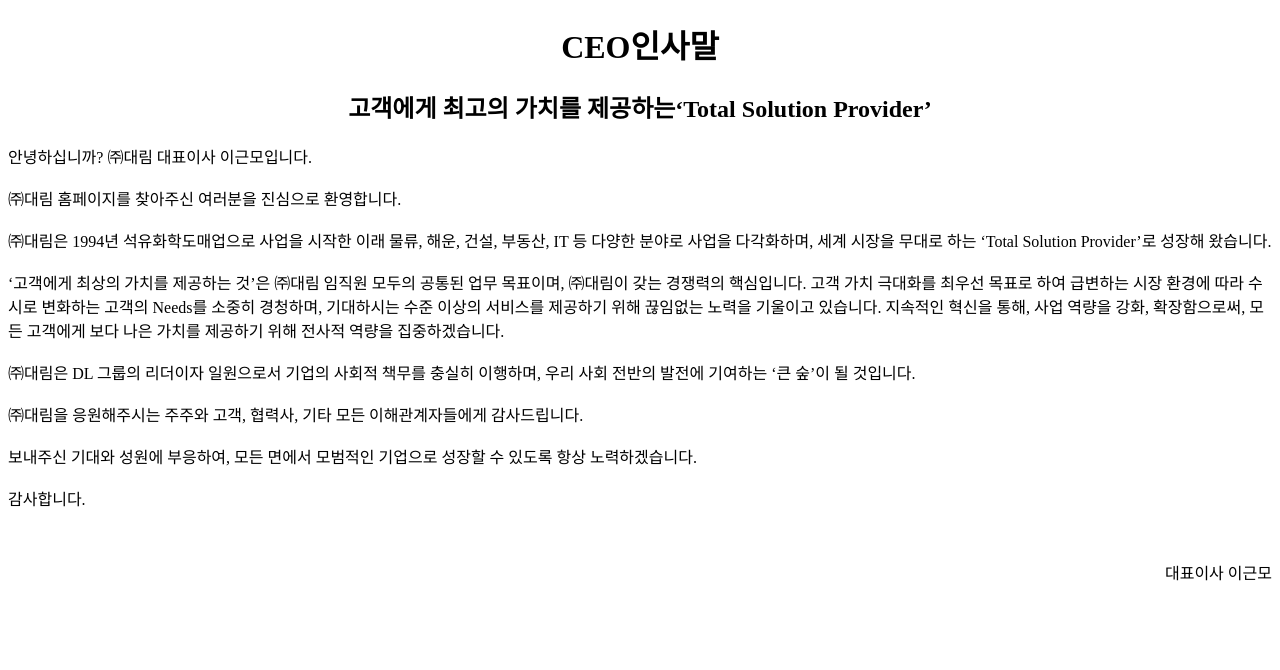
Repository: sungken/htmlProject
Page: ClientTest/src/main/webapp/html/test/paragraph.html
The author's editor kept a copy of each file at every save. The page is drawn from the files as they stood at one save, then again after the next save.
The browser window is 1280 px wide. The pictures show the whole page.

Above is the page before, as saved 2024-03-13 02:08:06.

After the next save:
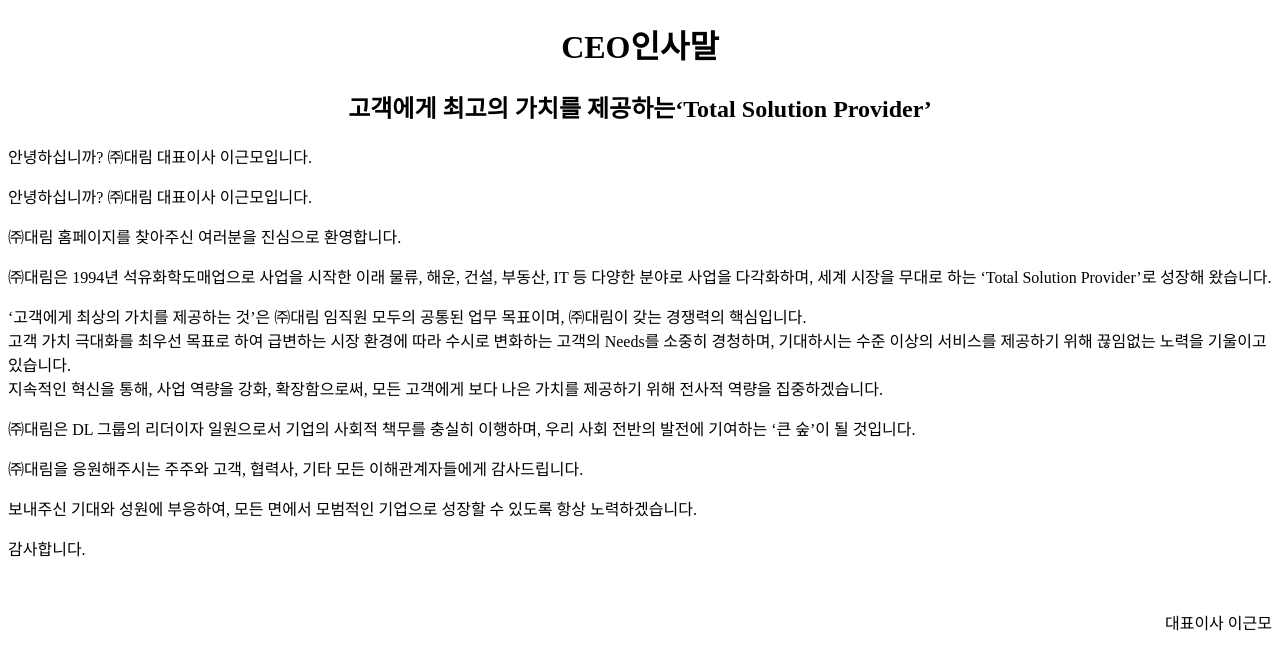
Saved 55 s later.
--- a/ClientTest/src/main/webapp/html/test/paragraph.html
+++ b/ClientTest/src/main/webapp/html/test/paragraph.html
@@ -8,23 +8,25 @@
 
 <h1 align="center">CEO인사말</h1>
 <h2 align="center">고객에게 최고의 가치를 제공하는‘Total Solution Provider’</h2>
-<p>안녕하십니까? ㈜대림 대표이사 이근모입니다.<br><br>
+<p>안녕하십니까? ㈜대림 대표이사 이근모입니다.</p>
+<p>안녕하십니까? ㈜대림 대표이사 이근모입니다.</p>
 
-㈜대림 홈페이지를 찾아주신 여러분을 진심으로 환영합니다.
-<br><br>
-㈜대림은 1994년 석유화학도매업으로 사업을 시작한 이래 물류, 해운, 건설, 부동산, IT 등 다양한 분야로 사업을 다각화하며, 세계 시장을 무대로 하는 ‘Total Solution Provider’로 성장해 왔습니다.
-<br><br>
-‘고객에게 최상의 가치를 제공하는 것’은 ㈜대림 임직원 모두의 공통된 업무 목표이며, ㈜대림이 갖는 경쟁력의 핵심입니다.
-고객 가치 극대화를 최우선 목표로 하여 급변하는 시장 환경에 따라 수시로 변화하는 고객의 Needs를 소중히 경청하며, 기대하시는 수준 이상의 서비스를 제공하기 위해 끊임없는 노력을 기울이고 있습니다.
-지속적인 혁신을 통해, 사업 역량을 강화, 확장함으로써, 모든 고객에게 보다 나은 가치를 제공하기 위해 전사적 역량을 집중하겠습니다.
-<br><br>
-㈜대림은 DL 그룹의 리더이자 일원으로서 기업의 사회적 책무를 충실히 이행하며, 우리 사회 전반의 발전에 기여하는 ‘큰 숲’이 될 것입니다.
-<br><br>
-㈜대림을 응원해주시는 주주와 고객, 협력사, 기타 모든 이해관계자들에게 감사드립니다.
-<br><br>
-보내주신 기대와 성원에 부응하여, 모든 면에서 모범적인 기업으로 성장할 수 있도록 항상 노력하겠습니다.
-<br><br>
-감사합니다.</p>
+   <p>㈜대림 홈페이지를 찾아주신 여러분을 진심으로 환영합니다.
+
+   <p>㈜대림은 1994년 석유화학도매업으로 사업을 시작한 이래 물류, 해운, 건설, 부동산, IT 등 다양한 분야로 사업을 다각화하며,
+   세계 시장을 무대로 하는 ‘Total Solution Provider’로 성장해 왔습니다.</p>
+
+   <p>‘고객에게 최상의 가치를 제공하는 것’은 ㈜대림 임직원 모두의 공통된 업무 목표이며, ㈜대림이 갖는 경쟁력의 핵심입니다.<br>
+   고객 가치 극대화를 최우선 목표로 하여 급변하는 시장 환경에 따라 수시로 변화하는 고객의 Needs를 소중히 경청하며, 기대하시는 수준 이상의 서비스를 제공하기 위해 끊임없는 노력을 기울이고 있습니다.<br>
+   지속적인 혁신을 통해, 사업 역량을 강화, 확장함으로써, 모든 고객에게 보다 나은 가치를 제공하기 위해 전사적 역량을 집중하겠습니다.</p>
+
+   <p>㈜대림은 DL 그룹의 리더이자 일원으로서 기업의 사회적 책무를 충실히 이행하며, 우리 사회 전반의 발전에 기여하는 ‘큰 숲’이 될 것입니다.</p>
+
+   <p>㈜대림을 응원해주시는 주주와 고객, 협력사, 기타 모든 이해관계자들에게 감사드립니다.</p>
+
+   <p>보내주신 기대와 성원에 부응하여, 모든 면에서 모범적인 기업으로 성장할 수 있도록 항상 노력하겠습니다.</p>
+
+   <p>감사합니다.</p>
 <br>
 <p align="right">대표이사 이근모</p>
 

After the 2 saves that followed:
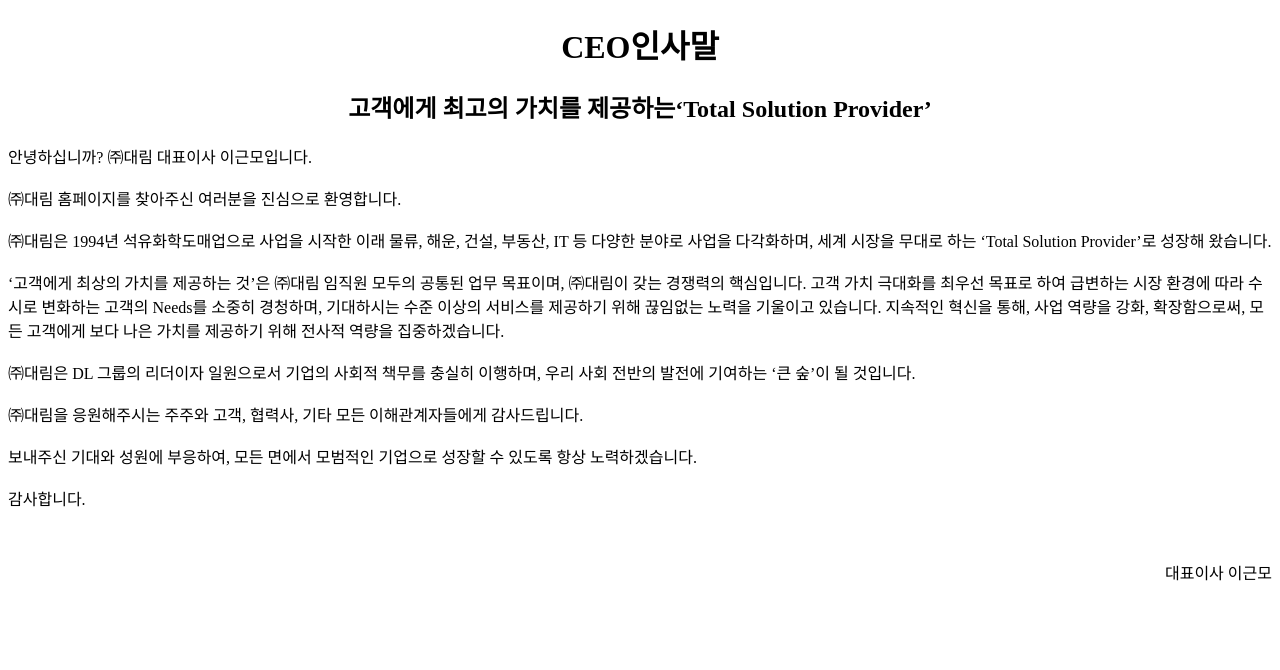
The 2 saves are shown as one change because they came seconds apart.
The last was saved 27 s later.
--- a/ClientTest/src/main/webapp/html/test/paragraph.html
+++ b/ClientTest/src/main/webapp/html/test/paragraph.html
@@ -8,25 +8,23 @@
 
 <h1 align="center">CEO인사말</h1>
 <h2 align="center">고객에게 최고의 가치를 제공하는‘Total Solution Provider’</h2>
-<p>안녕하십니까? ㈜대림 대표이사 이근모입니다.</p>
-<p>안녕하십니까? ㈜대림 대표이사 이근모입니다.</p>
-
-   <p>㈜대림 홈페이지를 찾아주신 여러분을 진심으로 환영합니다.
-
-   <p>㈜대림은 1994년 석유화학도매업으로 사업을 시작한 이래 물류, 해운, 건설, 부동산, IT 등 다양한 분야로 사업을 다각화하며,
-   세계 시장을 무대로 하는 ‘Total Solution Provider’로 성장해 왔습니다.</p>
-
-   <p>‘고객에게 최상의 가치를 제공하는 것’은 ㈜대림 임직원 모두의 공통된 업무 목표이며, ㈜대림이 갖는 경쟁력의 핵심입니다.<br>
-   고객 가치 극대화를 최우선 목표로 하여 급변하는 시장 환경에 따라 수시로 변화하는 고객의 Needs를 소중히 경청하며, 기대하시는 수준 이상의 서비스를 제공하기 위해 끊임없는 노력을 기울이고 있습니다.<br>
-   지속적인 혁신을 통해, 사업 역량을 강화, 확장함으로써, 모든 고객에게 보다 나은 가치를 제공하기 위해 전사적 역량을 집중하겠습니다.</p>
-
-   <p>㈜대림은 DL 그룹의 리더이자 일원으로서 기업의 사회적 책무를 충실히 이행하며, 우리 사회 전반의 발전에 기여하는 ‘큰 숲’이 될 것입니다.</p>
-
-   <p>㈜대림을 응원해주시는 주주와 고객, 협력사, 기타 모든 이해관계자들에게 감사드립니다.</p>
-
-   <p>보내주신 기대와 성원에 부응하여, 모든 면에서 모범적인 기업으로 성장할 수 있도록 항상 노력하겠습니다.</p>
-
-   <p>감사합니다.</p>
+<p>안녕하십니까? ㈜대림 대표이사 이근모입니다.
+<br><br>
+㈜대림 홈페이지를 찾아주신 여러분을 진심으로 환영합니다.
+<br><br>
+㈜대림은 1994년 석유화학도매업으로 사업을 시작한 이래 물류, 해운, 건설, 부동산, IT 등 다양한 분야로 사업을 다각화하며, 세계 시장을 무대로 하는 ‘Total Solution Provider’로 성장해 왔습니다.
+<br><br>
+‘고객에게 최상의 가치를 제공하는 것’은 ㈜대림 임직원 모두의 공통된 업무 목표이며, ㈜대림이 갖는 경쟁력의 핵심입니다.
+고객 가치 극대화를 최우선 목표로 하여 급변하는 시장 환경에 따라 수시로 변화하는 고객의 Needs를 소중히 경청하며, 기대하시는 수준 이상의 서비스를 제공하기 위해 끊임없는 노력을 기울이고 있습니다.
+지속적인 혁신을 통해, 사업 역량을 강화, 확장함으로써, 모든 고객에게 보다 나은 가치를 제공하기 위해 전사적 역량을 집중하겠습니다.
+<br><br>
+㈜대림은 DL 그룹의 리더이자 일원으로서 기업의 사회적 책무를 충실히 이행하며, 우리 사회 전반의 발전에 기여하는 ‘큰 숲’이 될 것입니다.
+<br><br>
+㈜대림을 응원해주시는 주주와 고객, 협력사, 기타 모든 이해관계자들에게 감사드립니다.
+<br><br>
+보내주신 기대와 성원에 부응하여, 모든 면에서 모범적인 기업으로 성장할 수 있도록 항상 노력하겠습니다.
+<br><br>
+감사합니다.</p>
 <br>
 <p align="right">대표이사 이근모</p>
 
